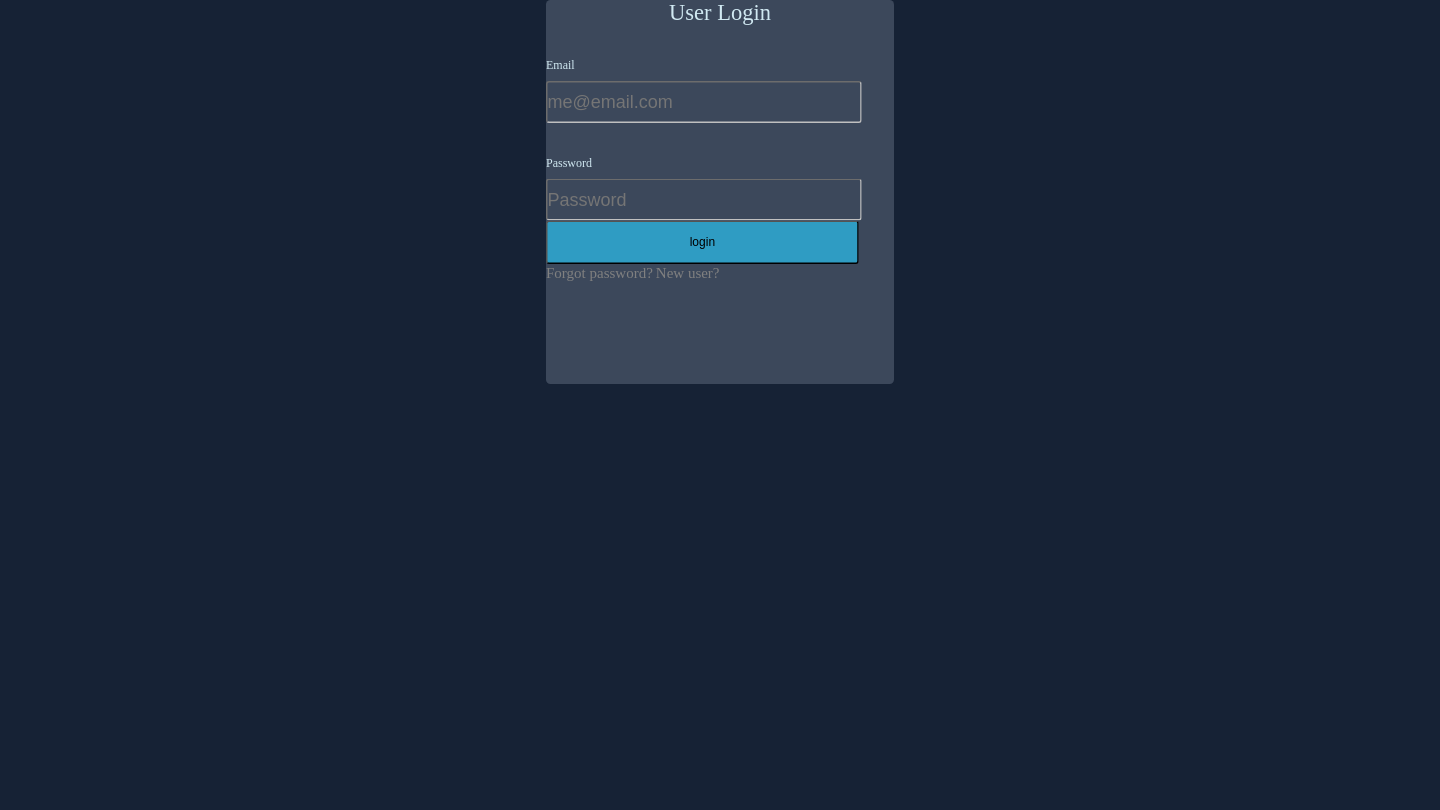
Repository: leystra019/nea
Page: html/user login.html
An editor plug-in stored every save of this project. The page is shown before and after the next save, followed by the edit.
The browser window is 1280 px wide. The page is 1920 px wide, so the pictures cover 1920 px, including what lies to the right of the window. The pictures show the whole page, at 75% of full size.

Above is the page before, as saved 2022-12-12 10:56:47.

### html/user login.html

<!DOCTYPE html>
<html lang="en">
<head>
    <meta charset="UTF-8">
    <meta http-equiv="X-UA-Compatible" content="IE=edge">
    <meta name="viewport" content="width=device-width, initial-scale=1.0">
    <title>Login_system</title>
    <link href="/neatest/css/login.css" rel="stylesheet" type="text/css">
</head>
<body>
    <div class="background">
        <div class="ln-card">
            <div class="title">User Login</div>
            <form action="/neatest/php/main php/authlogin.php" method="post">
                <header>Email</header>
                <input type="username" name="username" id="username" class="logbox" placeholder="me@email.com">
                <header>Password</header>
                <input type="password" name="password" class="logbox" id="password" placeholder="Password">
                <input type="submit" value="login" class="submbtn" id="button">
                <a href="/neatest/html/passwordcheck.html">Forgot password?</a>
                <a href="registration.html">New user?</a>
            </form>
        </div>



    </div>
</body>
</html>

### css/login.css
* {
    margin: 0px !important;
    padding: 0px !important;
    text-decoration: none;

  }

.background {
  width: 1920px;
  height: 1080px;
  background-color: #162235;
  padding-top: 123px;

}


.ln-card {
    height: 512px;
    width: 464px;
    background-color: #3C485B;
    border: 1px;
    padding-top: 46px;
    border-radius: 6px;
    margin: auto !important;
    padding-top: auto;
    justify-items: center;
}

.title {
  font-size: 30px;
  text-align: center;
  color: #D1E9F2;
  padding-top: 32px;
}

b {
  font-size: 22px;
  margin-left: 60px;
  margin-bottom: 0;

}

.profile-img {
  height: 204px;
  margin-top: 96px;
  margin-left: 184px;
  width: 255px;
}

.logbox {
  border-radius: 4px;
  border: 1;
  height: 52px;
  width: 417px;
  background-color: #3C485B;
  border-color: #c0c0c0;
  font-size: 24px;
  text-align: left;
  margin-top: 43px;
  padding-left: 25px;
  margin-left: auto;
  margin-right: auto;
  color: grey;

}

.submbtn {
  position: sticky;
  margin: auto;
  margin-bottom: 40px;
  width: 417px;
  height: 58px;
  background-color: #2F9CC3;
  text-align: center;
  border-radius: 4px;
  font-size: 16px;


}

.login form input[type="submit"]:hover {
	background-color: #2868c7;
  	transition: background-color 0.2s;
}

a {
  font-size: 20px;
  margin-left: 5px;
  color: grey;

}

header {
  color: #D1E9F2;
  padding-bottom: 12px !important;
  padding-top: 44px !important;
  font-size: 16px;
}

After the next save:
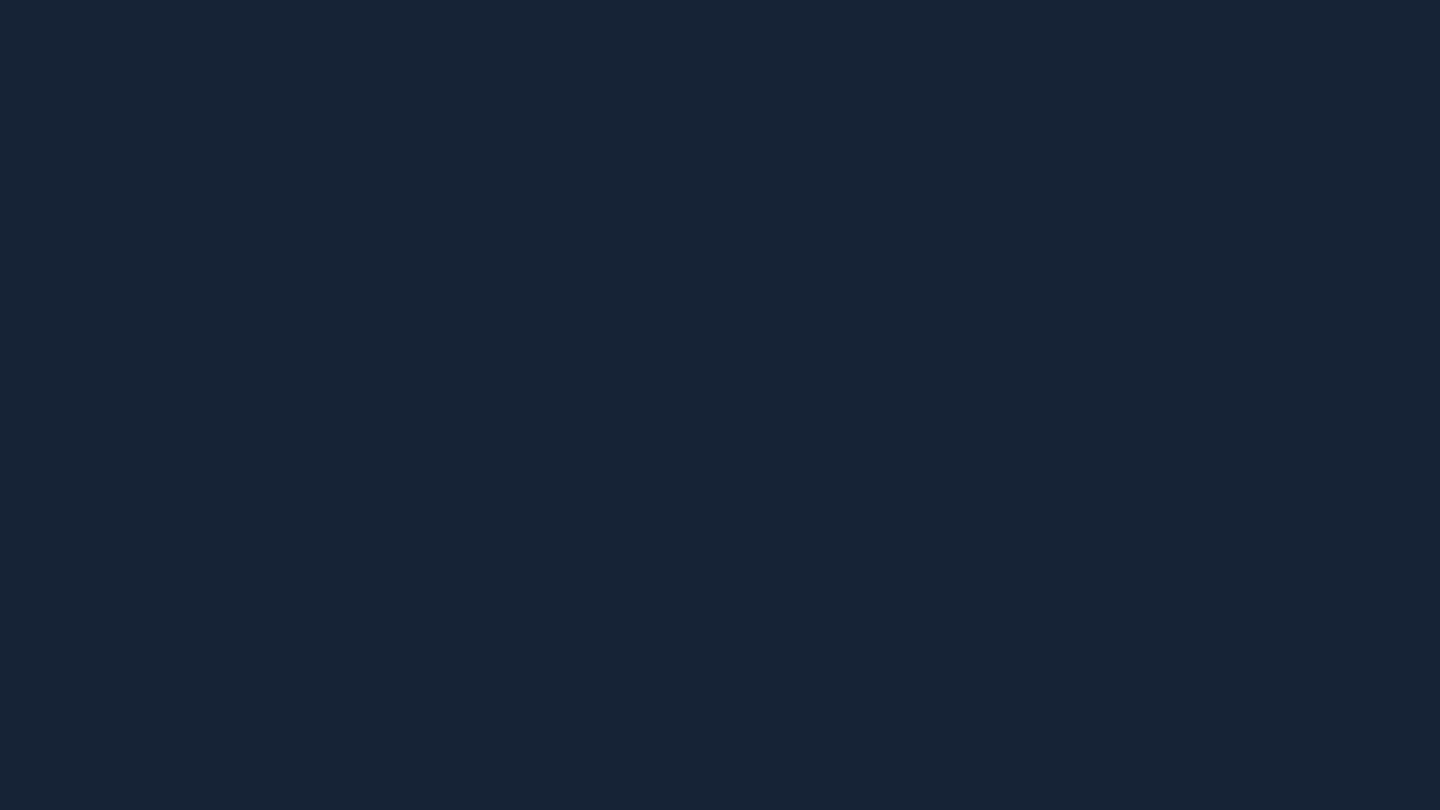
Saved 3 min 53 s later.
--- a/css/login.css
+++ b/css/login.css
@@ -24,6 +24,10 @@
     margin: auto !important;
     padding-top: auto;
     justify-items: center;
+    position: absolute;
+    left: 725px;
+    top: -598px;
+    overflow: visible;
 }
 
 .title {

After the save that followed:
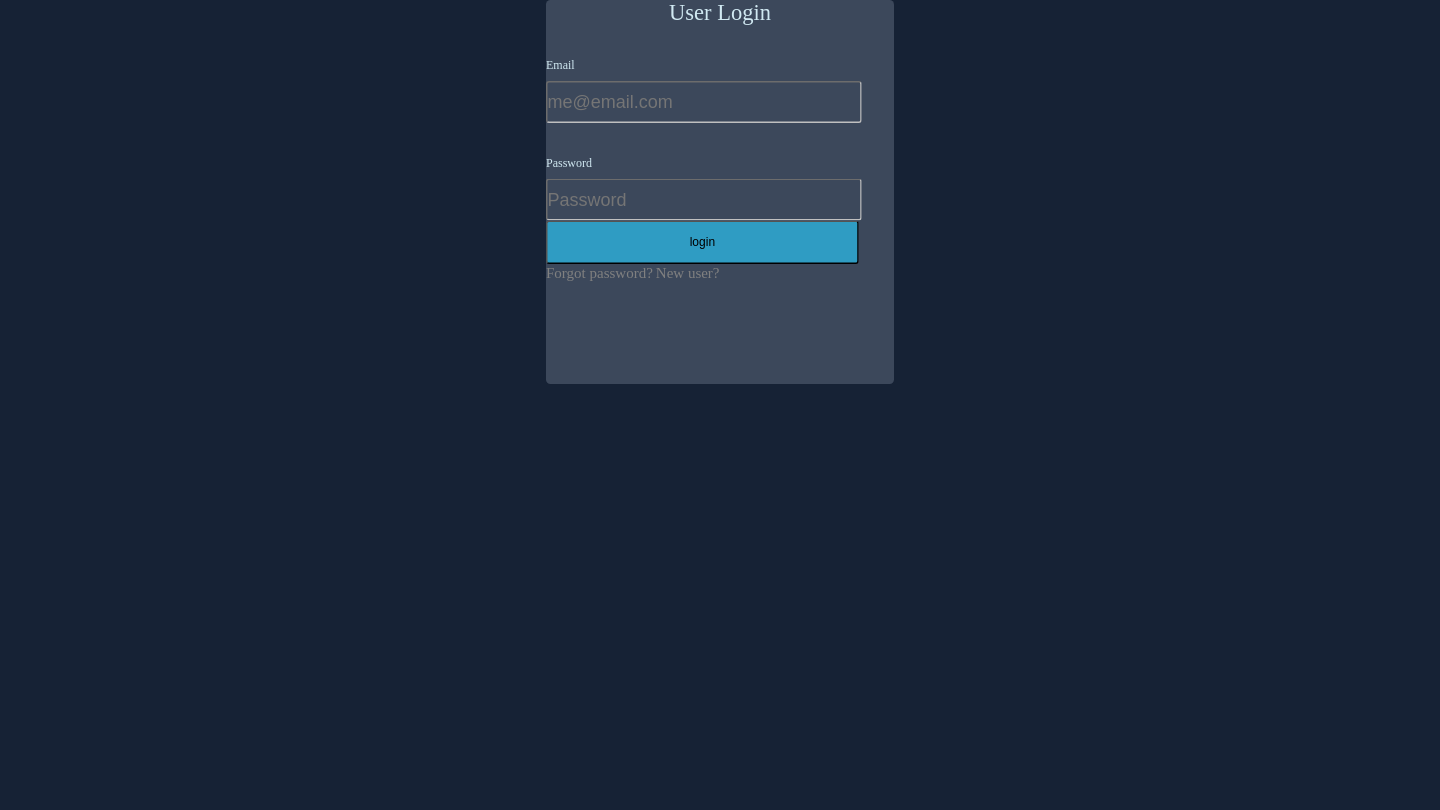
Saved 45 s later.
--- a/css/login.css
+++ b/css/login.css
@@ -24,10 +24,6 @@
     margin: auto !important;
     padding-top: auto;
     justify-items: center;
-    position: absolute;
-    left: 725px;
-    top: -598px;
-    overflow: visible;
 }
 
 .title {
